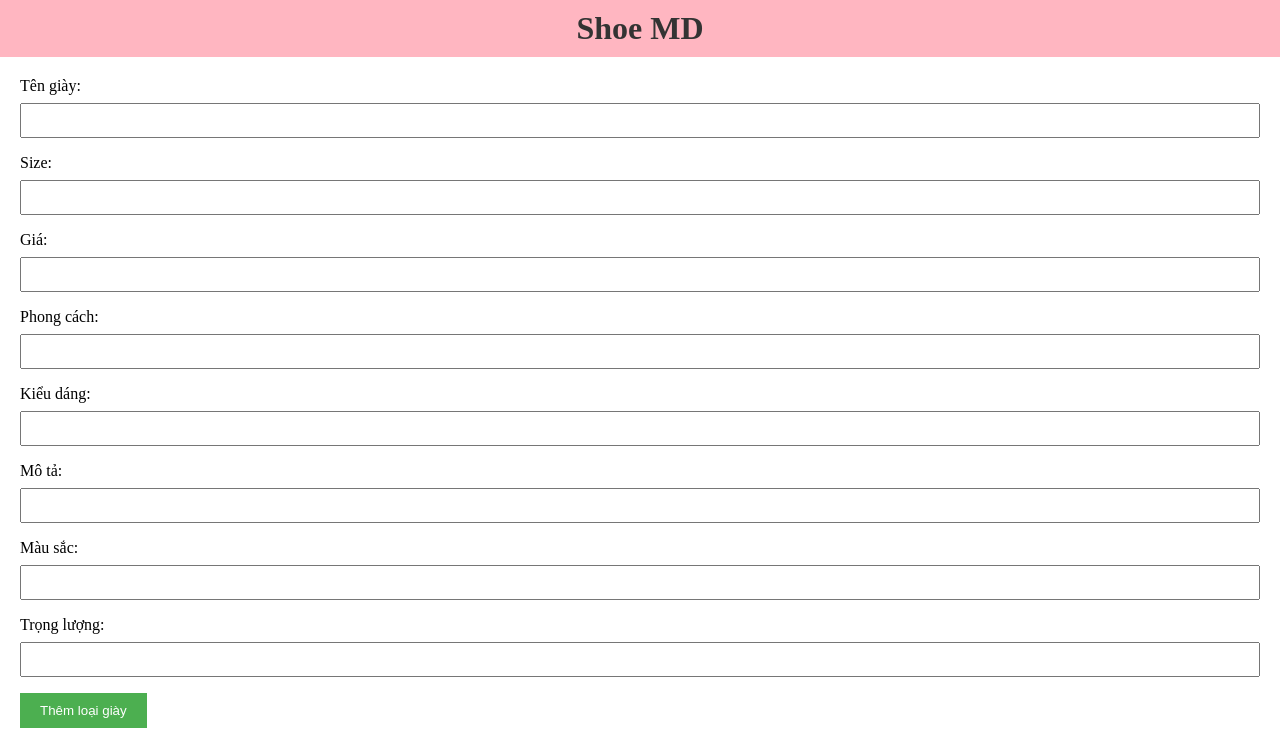
Repository: longsoisuaxe1a/shoe-md
Page: http://localhost/Project_Shoe/WEB-INF/view/admin-form-add-giay.jsp
These files come from the project's save history. The page is drawn as it stood at one moment and after the next save; the edit follows.
The browser window is 1280 px wide. The pictures show the whole page.
The page is served by Tomcat 9. Nobody is signed in. The template is opened directly, without the code that normally fills it, so the values that code supplies are empty.

Above is the page before, as saved 2023-12-20 09:25:48.

After the next save:
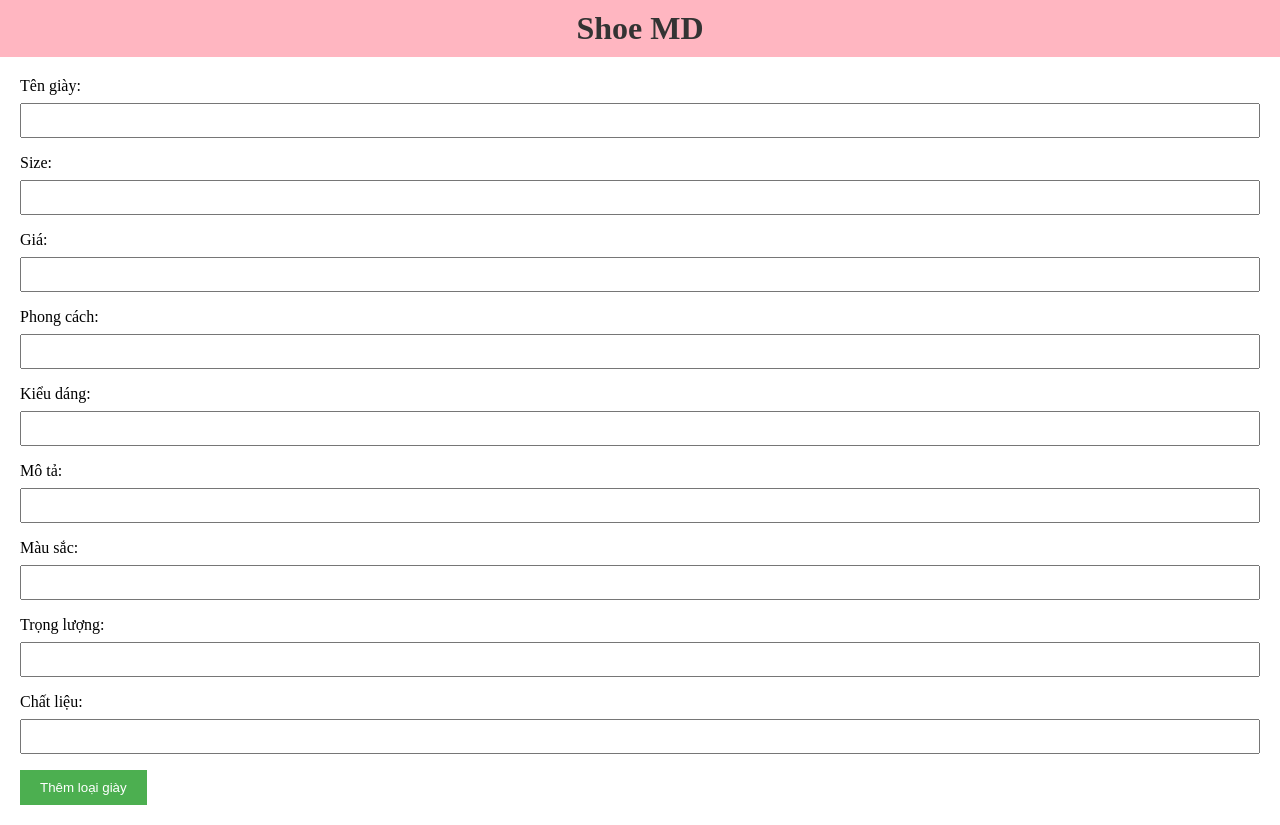
Saved 8 s later.
--- a/Project_Shoe/src/main/webapp/WEB-INF/view/admin-form-add-giay.jsp
+++ b/Project_Shoe/src/main/webapp/WEB-INF/view/admin-form-add-giay.jsp
@@ -77,6 +77,8 @@
             <form:input path="mauSac" id="brandName" name="brandName" required="required"/>
             <label for="brandName">Trọng lượng:</label>
             <form:input path="trongLuong" id="brandName" name="brandName" required="required"/>
+            <label for="brandName">Chất liệu:</label>
+            <form:input path="tenLoai" id="brandName" name="brandName" required="required"/>
             <input type="submit" value="Thêm loại giày">
         </form:form>
     </div>
